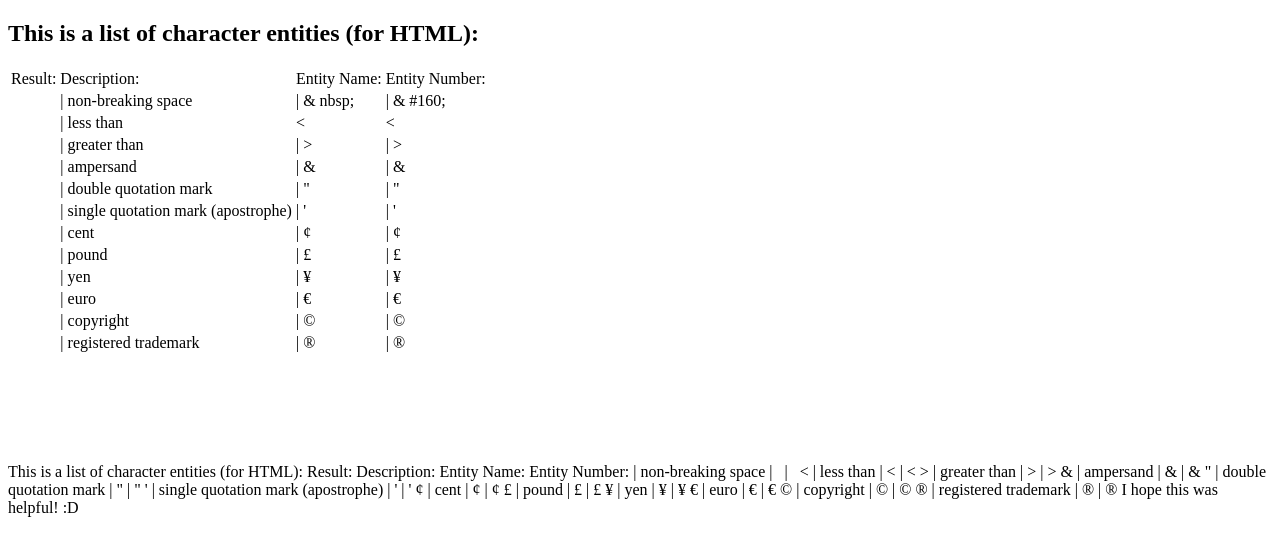
Repository: linas-dev/HTML-CSS-Projects
Page: Basic_HTML_and_CSS/Basic_HTML_5.html
These files come from the project's save history. The page is drawn as it stood at one moment and after the next save; the edit follows.
The browser window is 1280 px wide. The pictures show the whole page.

Above is the page before, as saved 2021-05-30 11:07:39.

### Basic_HTML_and_CSS/Basic_HTML_5.html
<!DOCTYPE html>
<html lang="en">
<head>
    <meta charset="UTF-8">
    <meta http-equiv="X-UA-Compatible" content="IE=edge">
    <meta name="viewport" content="width=device-width, initial-scale=1.0">
    <link rel="stylesheet" href="Basic_CSS_2.css">
    <title>Document</title>
</head>
<body>

    <h2>This is a list of character entities (for HTML):</h2>

    <table>
        <thead>
            <td>Result:</td>
            <td>Description: </td>
            <td>Entity Name:</td>
            <td>Entity Number:</td>
        </thead>
        <tbody>
            <tr>
                <td></td>
                <td>| non-breaking space</td>
                <td>| & nbsp;</td>
                <td>| & #160;</td>
            </tr>
            <tr>
                <td></td>
                <td>| less than</td>
                <td>&lt;</td>
                <td>&#60;</td>
            </tr>
            <tr>
                <td></td>
                <td>| greater than</td>
                <td>| &gt;</td>
                <td>| &#62;</td>
            </tr>
            <tr>
                <td></td>
                <td>| ampersand</td>
                <td>| &amp;</td>
                <td>| &#38;</td>
            </tr>
            <tr>
                <td></td>
                <td>| double quotation mark</td>
                <td>| &quot;</td>
                <td>| &#34;</td>
            </tr>
            <tr>
                <td></td>
                <td>| single quotation mark (apostrophe)</td>
                <td>| &apos;</td>
                <td>| &#39;</td>
            </tr>
            <tr>
                <td></td>
                <td>| cent</td>
                <td>| &cent;</td>
                <td>| &#162;</td>
            </tr>
            <tr>
                <td></td>
                <td>| pound</td>
                <td>| &pound;</td>
                <td>| &#163;</td>
            </tr>
            <tr>
                <td></td>
                <td>| yen</td>
                <td>| &yen;</td>
                <td>| &#165;</td>
            </tr>
            <tr>
                <td></td>
                <td>| euro</td>
                <td>| &euro;</td>
                <td>| &#8364;</td>
            </tr>
            <tr>
                <td></td>
                <td>| copyright</td>
                <td>| &copy;</td>
                <td>| &#169;</td>
            </tr>
            <tr>
                <td></td>
                <td>| registered trademark</td>
                <td>| &reg;</td>
                <td>| &#174;</td>
            </tr>
        </tbody>
    </table>




<br>

<br>
<br>
<br>
<br>
<br>

    This is a list of character entities (for HTML):

Result:    Description:                         Entity Name:    Entity Number:
         | non-breaking space                 | &nbsp;        | &#160;
  <      | less than                          | &lt;          | &#60;
  >      | greater than                       | &gt;          | &#62;
  &      | ampersand                          | &amp;         | &#38;
  "      | double quotation mark              | &quot;        | &#34;
  '      | single quotation mark (apostrophe) | &apos;        | &#39;
  ¢      | cent                               | &cent;        | &#162;
  £      | pound                              | &pound;       | &#163;
  ¥      | yen                                | &yen;         | &#165;
  €      | euro                               | &euro;        | &#8364;
  ©      | copyright                          | &copy;        | &#169;
  ®      | registered trademark               | &reg;         | &#174;

I hope this was helpful! :D
</body>
</html>

### Basic_HTML_and_CSS/Basic_CSS_2.css
p {
    color: #2E5757;
    background: #F0DFEE;
    font-weight: bolder;
    text-align: right;
}

.table {
    border-collapse: collapse;
    margin: 25px 0;
    font-size: 0.9em;
    min-width: 400px;
}

.table thead tr {
    background-color: #009879;
    color: #fff;
    text-align: left;
    font-weight: bold;
}

.table th, .table td {
    padding: 7px 5px;
}

.table tbody tr {
    border-bottom: 1px solid #dddddd;
}

.hoveref:hover {
    background-color: #4F0444;
    color: white;
}

After the next save:
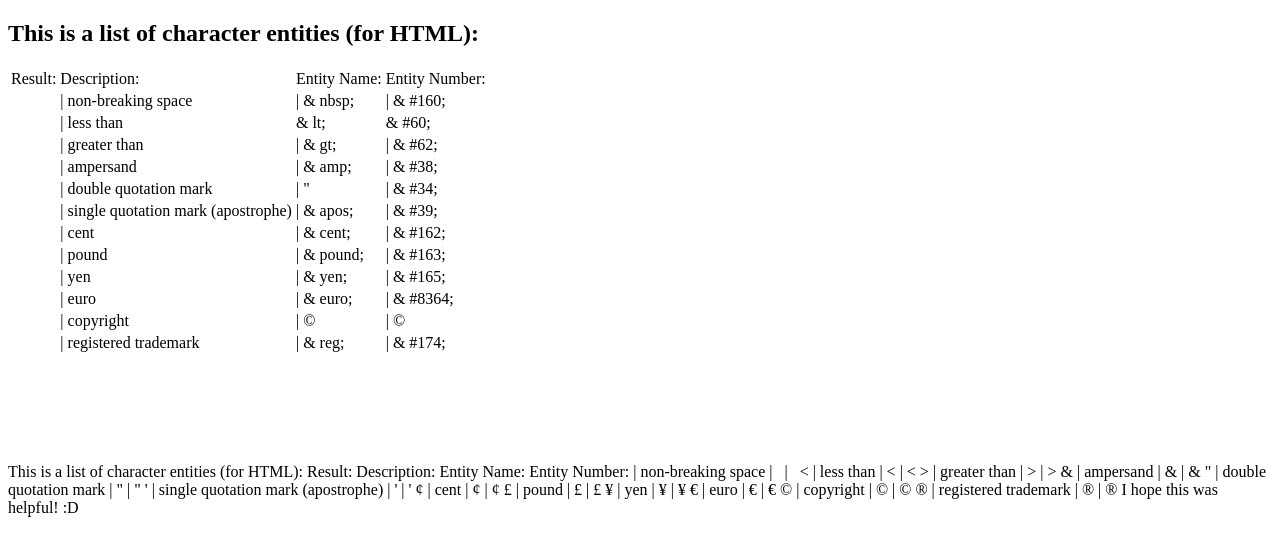
Saved 68 s later.
--- a/Basic_HTML_and_CSS/Basic_HTML_5.html
+++ b/Basic_HTML_and_CSS/Basic_HTML_5.html
@@ -28,56 +28,56 @@
             <tr>
                 <td></td>
                 <td>| less than</td>
-                <td>&lt;</td>
-                <td>&#60;</td>
+                <td>& lt;</td>
+                <td>& #60;</td>
             </tr>
             <tr>
                 <td></td>
                 <td>| greater than</td>
-                <td>| &gt;</td>
-                <td>| &#62;</td>
+                <td>| & gt;</td>
+                <td>| & #62;</td>
             </tr>
             <tr>
                 <td></td>
                 <td>| ampersand</td>
-                <td>| &amp;</td>
-                <td>| &#38;</td>
+                <td>| & amp;</td>
+                <td>| & #38;</td>
             </tr>
             <tr>
                 <td></td>
                 <td>| double quotation mark</td>
                 <td>| &quot;</td>
-                <td>| &#34;</td>
+                <td>| & #34;</td>
             </tr>
             <tr>
                 <td></td>
                 <td>| single quotation mark (apostrophe)</td>
-                <td>| &apos;</td>
-                <td>| &#39;</td>
+                <td>| & apos;</td>
+                <td>| & #39;</td>
             </tr>
             <tr>
                 <td></td>
                 <td>| cent</td>
-                <td>| &cent;</td>
-                <td>| &#162;</td>
+                <td>| & cent;</td>
+                <td>| & #162;</td>
             </tr>
             <tr>
                 <td></td>
                 <td>| pound</td>
-                <td>| &pound;</td>
-                <td>| &#163;</td>
+                <td>| & pound;</td>
+                <td>| & #163;</td>
             </tr>
             <tr>
                 <td></td>
                 <td>| yen</td>
-                <td>| &yen;</td>
-                <td>| &#165;</td>
+                <td>| & yen;</td>
+                <td>| & #165;</td>
             </tr>
             <tr>
                 <td></td>
                 <td>| euro</td>
-                <td>| &euro;</td>
-                <td>| &#8364;</td>
+                <td>| & euro;</td>
+                <td>| & #8364;</td>
             </tr>
             <tr>
                 <td></td>
@@ -88,8 +88,8 @@
             <tr>
                 <td></td>
                 <td>| registered trademark</td>
-                <td>| &reg;</td>
-                <td>| &#174;</td>
+                <td>| & reg;</td>
+                <td>| & #174;</td>
             </tr>
         </tbody>
     </table>
